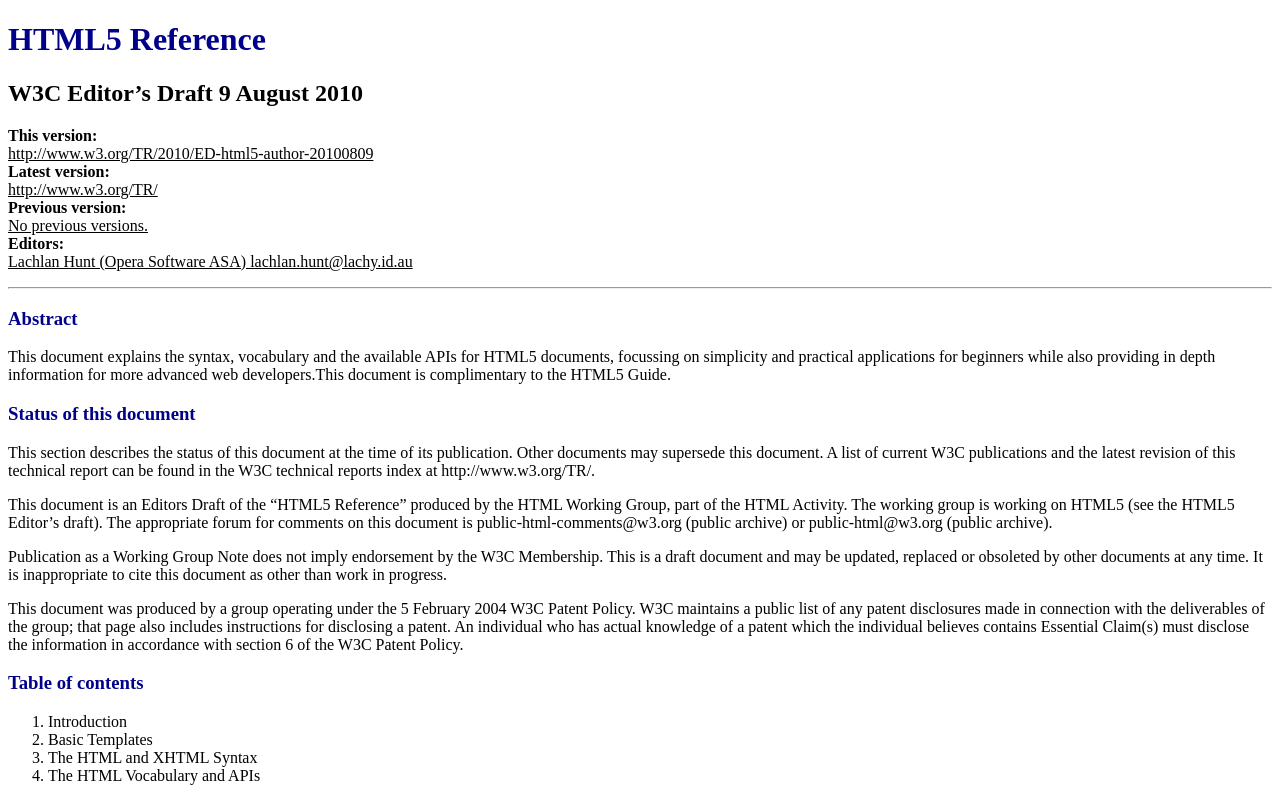
Repository: dnjs0/HCJ
Page: ClientTest/src/main/webapp/html/q5.html
An editor plug-in stored every save of this project. The page is shown before and after the next save, followed by the edit.
The browser window is 1280 px wide. The pictures show the whole page.

Above is the page before, as saved 2025-02-11 08:37:38.

After the next save:
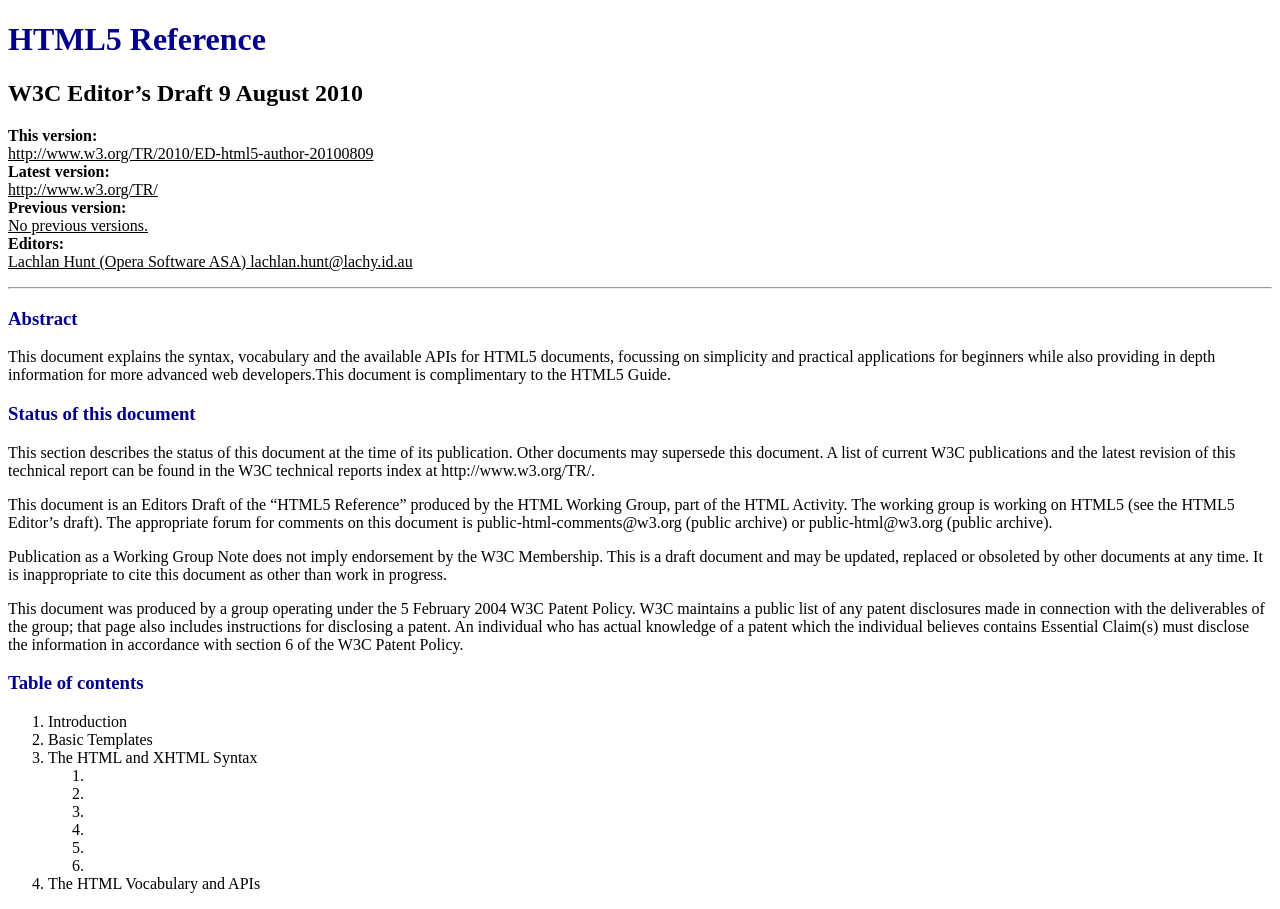
Saved 36 s later.
--- a/ClientTest/src/main/webapp/html/q5.html
+++ b/ClientTest/src/main/webapp/html/q5.html
@@ -46,6 +46,14 @@
         <li>Introduction</li>
         <li>Basic Templates</li>
         <li>The HTML and XHTML Syntax</li>
+            <ol>
+                <li></li>
+                <li></li>
+                <li></li>
+                <li></li>
+                <li></li>
+                <li></li>
+            </ol>
         <li>The HTML Vocabulary and APIs</li>
     </ol>
 
